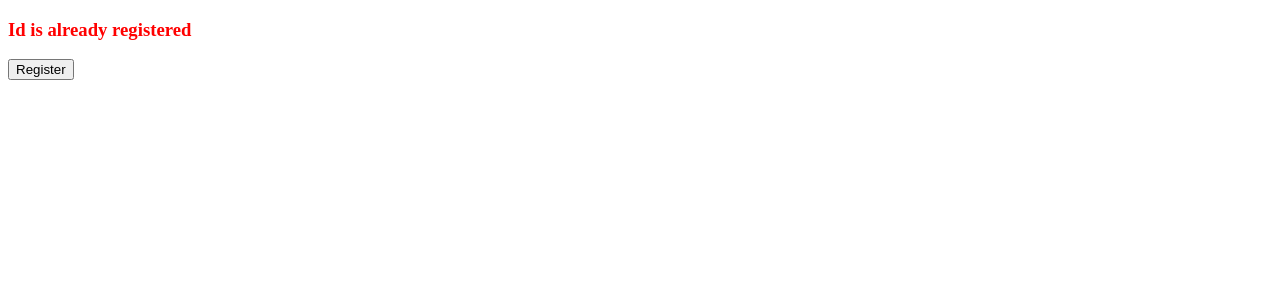
Repository: iamvinayhv/Servlet
Page: http://localhost/EmployeeApp/jsp/error.jsp
These files come from the project's save history. The page is drawn as it stood at one moment and after the next save; the edit follows.
The browser window is 1280 px wide. The pictures show the whole page.
The page is served by Tomcat 9.

Above is the page before, as saved 2017-03-09 10:52:35.

After the next save:
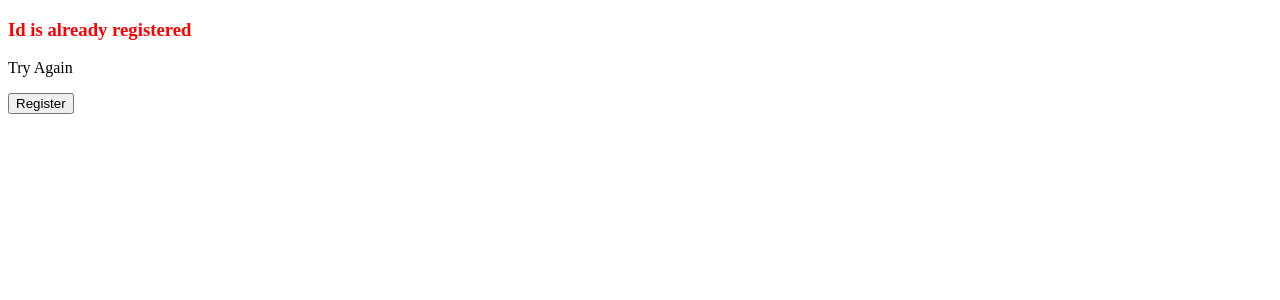
Saved 26 s later.
--- a/EmployeeApp/WebContent/jsp/error.jsp
+++ b/EmployeeApp/WebContent/jsp/error.jsp
@@ -9,6 +9,7 @@
 <body>
 
 <h3 style="color:red;">Id is already registered</h3>
+<p>Try Again</p>
 
 <a href="register.jsp">
 <input type="submit" value="Register"><br/></a>
